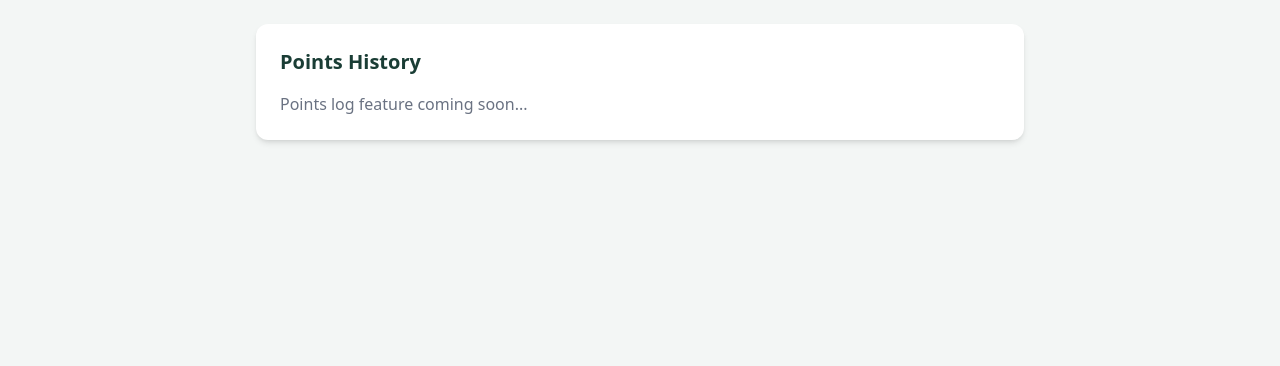
Repository: Swastikkkkk/vv
Page: /user/points (app in OneDrive/Desktop/Yuzichahal/frontend/)
These files come from the project's save history. The page is drawn as it stood at one moment and after the next save; the edit follows.
The browser window is 1280 px wide. The pictures show the whole page.
The page's requests for data from a server got no answer. The project was rebuilt for these pictures with package versions that can differ from the ones it lists, and the page was loaded fresh each time. No one was signed in, and anything a server would have sent is missing. Also part of the build but not shown: OneDrive/Desktop/Yuzichahal/frontend/vite.config.js, OneDrive/Desktop/Yuzichahal/frontend/src/components/Navbar.jsx, OneDrive/Desktop/Yuzichahal/frontend/src/components/Herosection.jsx, OneDrive/Desktop/Yuzichahal/frontend/src/components/CategoriesSection.jsx, OneDrive/Desktop/Yuzichahal/frontend/src/components/Footer.jsx, OneDrive/Desktop/Yuzichahal/frontend/src/components/LandingPage.jsx, OneDrive/Desktop/Yuzichahal/frontend/src/components/Signup.jsx, OneDrive/Desktop/Yuzichahal/frontend/src/components/Login.jsx and 9 more.

Above is the page before, as saved 2025-07-12 12:38:49.

### OneDrive/Desktop/Yuzichahal/frontend/src/App.jsx
// import React from 'react';
// import { BrowserRouter as Router, Routes, Route } from 'react-router-dom';

// // Public
// import LandingPage from './components/LandingPage';
// import Signup from './components/Signup';
// import Login from './components/Login';

// // Protected (to build separately)
// import UserDashboard from './components/user/UserDashboard';
// import AdminDashboard from './components/admin/AdminDashboard';
// import AddListing from './components/user/AddListing';
// import ProductDetail from './components/ProductDetail';
// import PointsHistory from './components/user/PointsHistory';
// import NotFound from './components/NotFound';

// const App = () => {
//   return (
//     <Router>
//       <Routes>
//         {/* Public Routes */}
//         <Route path="/" element={<LandingPage />} />
//         <Route path="/signup" element={<Signup />} />
//         <Route path="/login" element={<Login />} />

//         {/* User Routes */}
//         <Route path="/user" element={<UserDashboard />} />
//         <Route path="/user/add" element={<AddListing />} />
//         <Route path="/user/points" element={<PointsHistory />} />

//         {/* Admin Routes */}
//         <Route path="/admin" element={<AdminDashboard />} />

//         {/* Product Details (accessible by both roles) */}
//         <Route path="/product/:productId" element={<ProductDetail />} />

//         {/* Catch-All */}
//         <Route path="*" element={<NotFound />} />
//       </Routes>
//     </Router>
//   );
// };

// export default App;

// src/App.js
import React from 'react';
import { BrowserRouter as Router, Routes, Route } from 'react-router-dom';

// Public Pages
import LandingPage from './components/LandingPage';
import Signup from './components/Signup';
import Login from './components/Login';

// User Dashboard Pages
import UserDashboard from './components/user/UserDashboard';
import AddListing from './components/user/AddListing';
import PointsHistory from './components/user/PointsHistory';
import ProfileDashboard from './components/user/ProfileDashboard'; // ✅ Import this
// Admin Dashboard Page
import AdminDashboard from './components/admin/AdminDashboard';

// Shared Pages
import ProductDetail from './components/ProductDetail';
import NotFound from './components/NotFound';

const App = () => {
  return (
    <Router>
      <Routes>
        {/* 🌐 Public Routes */}
        <Route path="/" element={<LandingPage />} />
        <Route path="/signup" element={<Signup />} />
        <Route path="/login" element={<Login />} />

        {/* 👤 User Routes */}
        <Route path="/user" element={<UserDashboard />} />
        <Route path="/user/add" element={<AddListing />} />
        <Route path="/user/points" element={<PointsHistory />} />
<Route path="/user/profile" element={<ProfileDashboard />} />
        {/* 🛠 Admin Routes */}
        <Route path="/admin" element={<AdminDashboard />} />

        {/* 🔁 Shared Routes */}
        <Route path="/product/:productId" element={<ProductDetail />} />

        {/* ❌ 404 Page */}
        <Route path="*" element={<NotFound />} />
      </Routes>
    </Router>
  );
};

export default App;

### OneDrive/Desktop/Yuzichahal/frontend/src/components/user/PointsHistory.jsx
import React from 'react';

const PointsHistory = () => {
  return (
    <div className="min-h-screen p-6 bg-[#f3f6f5]">
      <div className="max-w-3xl mx-auto bg-white p-6 rounded-xl shadow-md">
        <h2 className="text-xl font-semibold text-[#1a3d35] mb-4">Points History</h2>
        {/* Display list of points earned/spent */}
        <p className="text-gray-500">Points log feature coming soon...</p>
      </div>
    </div>
  );
};

export default PointsHistory;

### OneDrive/Desktop/Yuzichahal/frontend/src/components/ImpactSection.jsx
import React from 'react';
import CountUp from 'react-countup';
import { FaTint, FaPeopleCarry, FaLeaf } from 'react-icons/fa';

const impacts = [
  {
    icon: <FaTint className="text-[#2b7a78] text-5xl mb-4" />,
    label: 'Liters of Water Saved',
    value: 20000,
    suffix: 'L',
    color: 'text-[#2b7a78]',
  },
  {
    icon: <FaPeopleCarry className="text-[#3a506b] text-5xl mb-4" />,
    label: 'People Helped',
    value: 500,
    suffix: '+',
    color: 'text-[#3a506b]',
  },
  {
    icon: <FaLeaf className="text-[#519872] text-5xl mb-4" />,
    label: 'Environmental Wins',
    value: 120,
    suffix: '+',
    color: 'text-[#519872]',
  },
];

const ImpactSection = () => {
  return (
    <section className="bg-white py-20 px-4 w-full">
      <div className="max-w-6xl mx-auto text-center">
        <h2 className="text-4xl font-bold text-[#1a3d35] mb-12">Our Impact So Far</h2>

        <div className="grid grid-cols-1 md:grid-cols-3 gap-8">
          {impacts.map((impact, index) => (
            <div
              key={index}
              className="bg-[#f0f4f3] rounded-2xl p-8 shadow-md hover:shadow-xl transition duration-300"
            >
              <div className="flex justify-center">{impact.icon}</div>
              <h3 className={`text-3xl font-bold mt-4 ${impact.color}`}>
                <CountUp end={impact.value} duration={2} />{impact.suffix}
              </h3>
              <p className="mt-2 text-[#1a3d35] font-medium">{impact.label}</p>
            </div>
          ))}
        </div>
      </div>
    </section>
  );
};

export default ImpactSection;

### OneDrive/Desktop/Yuzichahal/frontend/src/components/FirebaseConfig.js
// src/FirebaseConfig.js
import { initializeApp } from 'firebase/app';
import { getAnalytics } from 'firebase/analytics';
import { getAuth, GoogleAuthProvider } from 'firebase/auth';
import { getFirestore } from 'firebase/firestore';
import { getStorage } from 'firebase/storage';

// Config
const firebaseConfig = {
  apiKey: "AIzaSyCfGxeGR5E-H5ednofZVQK85fTKMewrvuU",
  authDomain: "rewear-ebe94.firebaseapp.com",
  projectId: "rewear-ebe94",
  storageBucket: "rewear-ebe94.firebasestorage.app",
  messagingSenderId: "1070415208966",
  appId: "1:1070415208966:web:af46830fdb613f2e221987",
  measurementId: "G-LRX3WGT1DE"
};

// Initialize
const app = initializeApp(firebaseConfig);
getAnalytics(app);

export const auth = getAuth(app);
export const db = getFirestore(app);
export const storage = getStorage(app);
export const googleProvider = new GoogleAuthProvider();

Loaded but not shown: OneDrive/Desktop/Yuzichahal/frontend/index.html (common file); OneDrive/Desktop/Yuzichahal/frontend/src/App.css (common file); OneDrive/Desktop/Yuzichahal/frontend/src/main.jsx (common file)

After the next save:
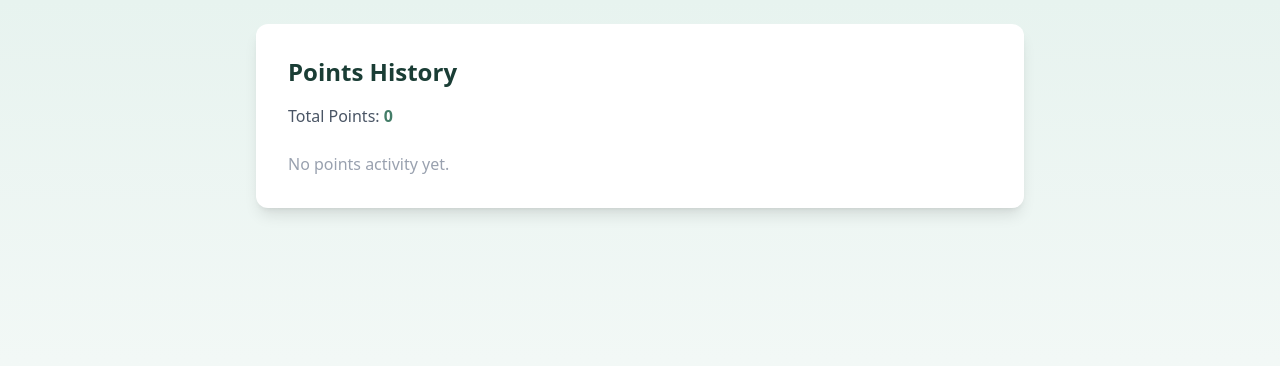
Saved 9 min 14 s later.
--- a/OneDrive/Desktop/Yuzichahal/frontend/src/components/user/PointsHistory.jsx
+++ b/OneDrive/Desktop/Yuzichahal/frontend/src/components/user/PointsHistory.jsx
@@ -1,12 +1,72 @@
-import React from 'react';
+import React, { useEffect, useState } from 'react';
+import { doc, getDoc } from 'firebase/firestore';
+import { db } from '../FirebaseConfig';
+import { format } from 'date-fns';
 
-const PointsHistory = () => {
+const PointsHistory = ({ userId }) => {
+  const [pointsLog, setPointsLog] = useState([]);
+  const [totalPoints, setTotalPoints] = useState(0);
+  const [loading, setLoading] = useState(true);
+
+  useEffect(() => {
+    const fetchPoints = async () => {
+      try {
+        const userRef = doc(db, 'users', userId);
+        const userSnap = await getDoc(userRef);
+
+        if (userSnap.exists()) {
+          const data = userSnap.data();
+          setPointsLog(data.pointsLog || []);
+          setTotalPoints(data.points || 0);
+        } else {
+          console.warn('User not found');
+        }
+      } catch (err) {
+        console.error('Failed to fetch points:', err);
+      } finally {
+        setLoading(false);
+      }
+    };
+
+    fetchPoints();
+  }, [userId]);
+
+  const sortedLog = [...pointsLog].sort(
+    (a, b) => new Date(b.timestamp) - new Date(a.timestamp)
+  );
+
   return (
-    <div className="min-h-screen p-6 bg-[#f3f6f5]">
-      <div className="max-w-3xl mx-auto bg-white p-6 rounded-xl shadow-md">
-        <h2 className="text-xl font-semibold text-[#1a3d35] mb-4">Points History</h2>
-        {/* Display list of points earned/spent */}
-        <p className="text-gray-500">Points log feature coming soon...</p>
+    <div className="min-h-screen p-6 bg-gradient-to-b from-[#e7f3ef] to-[#fdfdfd]">
+      <div className="max-w-3xl mx-auto bg-white p-8 rounded-xl shadow-lg">
+        <h2 className="text-2xl font-bold text-[#1a3d35] mb-4">Points History</h2>
+        <p className="text-gray-600 mb-6">
+          Total Points: <span className="font-semibold text-[#447d68]">{totalPoints}</span>
+        </p>
+
+        {loading ? (
+          <p className="text-gray-500">Loading history...</p>
+        ) : sortedLog.length === 0 ? (
+          <p className="text-gray-400">No points activity yet.</p>
+        ) : (
+          <div className="relative border-l-2 border-[#447d68] pl-6">
+            {sortedLog.map((entry, index) => (
+              <div key={index} className="mb-8 relative">
+                <div className="absolute -left-[14px] top-[2px] w-3 h-3 bg-[#447d68] rounded-full"></div>
+                <div className="bg-[#f8fdfc] p-4 rounded-lg shadow-sm">
+                  <p className="text-sm text-gray-500 mb-1">
+                    {format(new Date(entry.timestamp), 'PPpp')}
+                  </p>
+                  <p className="text-md">
+                    <span className={`font-semibold ${entry.points > 0 ? 'text-green-600' : 'text-red-600'}`}>
+                      {entry.points > 0 ? `+${entry.points}` : entry.points} points
+                    </span>{' '}
+                    – {entry.reason}
+                  </p>
+                </div>
+              </div>
+            ))}
+          </div>
+        )}
       </div>
     </div>
   );
